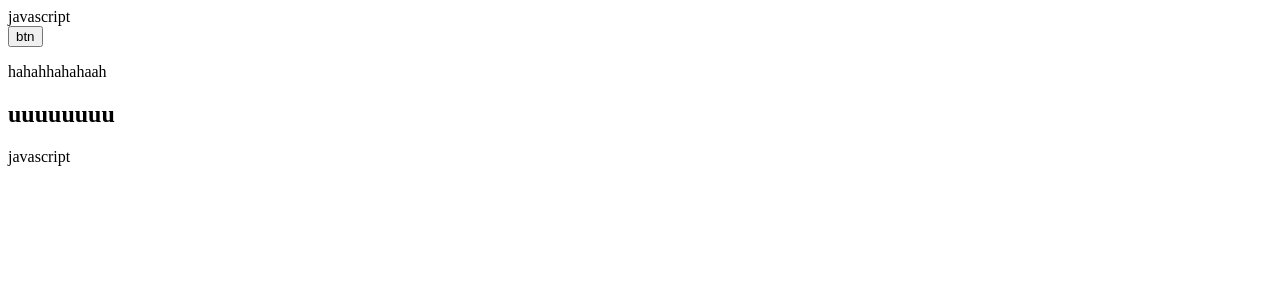
Repository: monijijian/VScodeProject
Page: test.html
The author's editor kept a copy of each file at every save. The page is drawn from the files as they stood at one save, then again after the next save.
The browser window is 1280 px wide. The pictures show the whole page.

Above is the page before, as saved 2020-09-05 11:41:31.

After the next save:
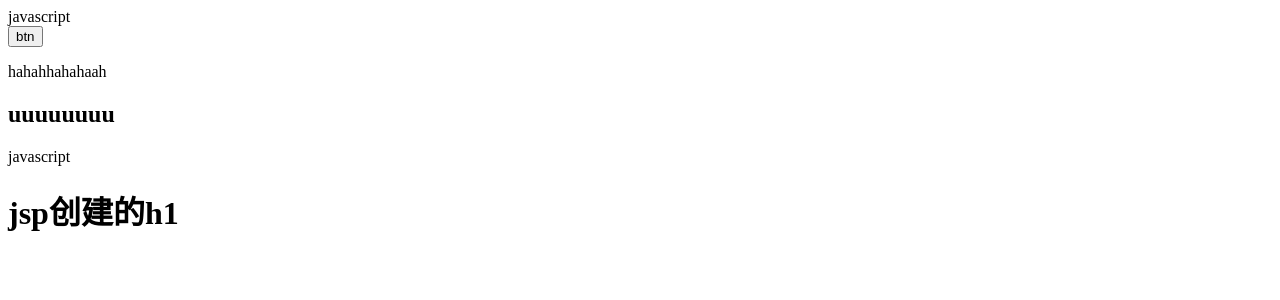
Saved 3 min 23 s later.
--- a/test.html
+++ b/test.html
@@ -23,6 +23,7 @@
             pp.innerText = 'omg!';
             pp = pp.write('pp');
         }
+        document.write('<h1>jsp创建的h1</h1>')
     </script>
 </body>
 </html>
